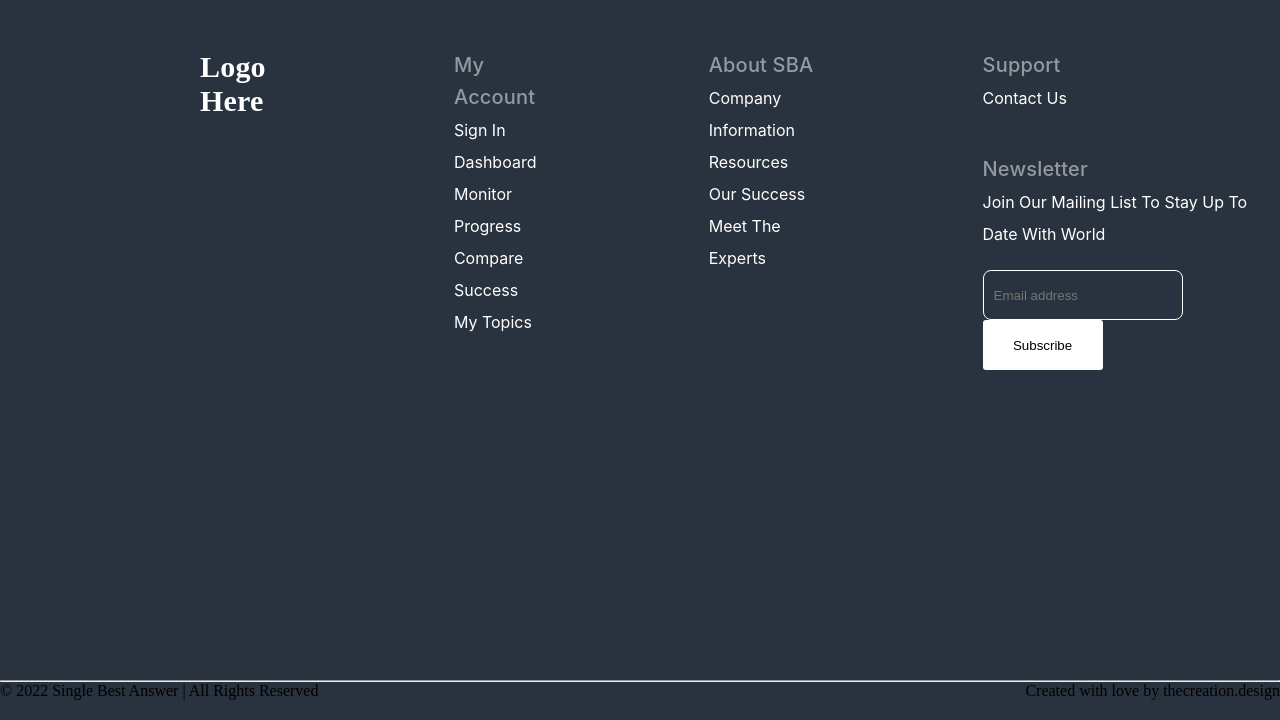
Repository: FaridRustamov09/Final-Task
Page: Pages/connectionPage/index.html
An editor plug-in stored every save of this project. The page is shown before and after a run of saves, followed by the edit.
The browser window is 1280 px wide. The pictures show the whole page.
The style sheet was rebuilt from its Sass, Less or Tailwind sources for each picture, by a compiler version that may differ from the author's.

Above is the page before, as saved 2024-07-14 21:02:31.

After the next 2 saves:
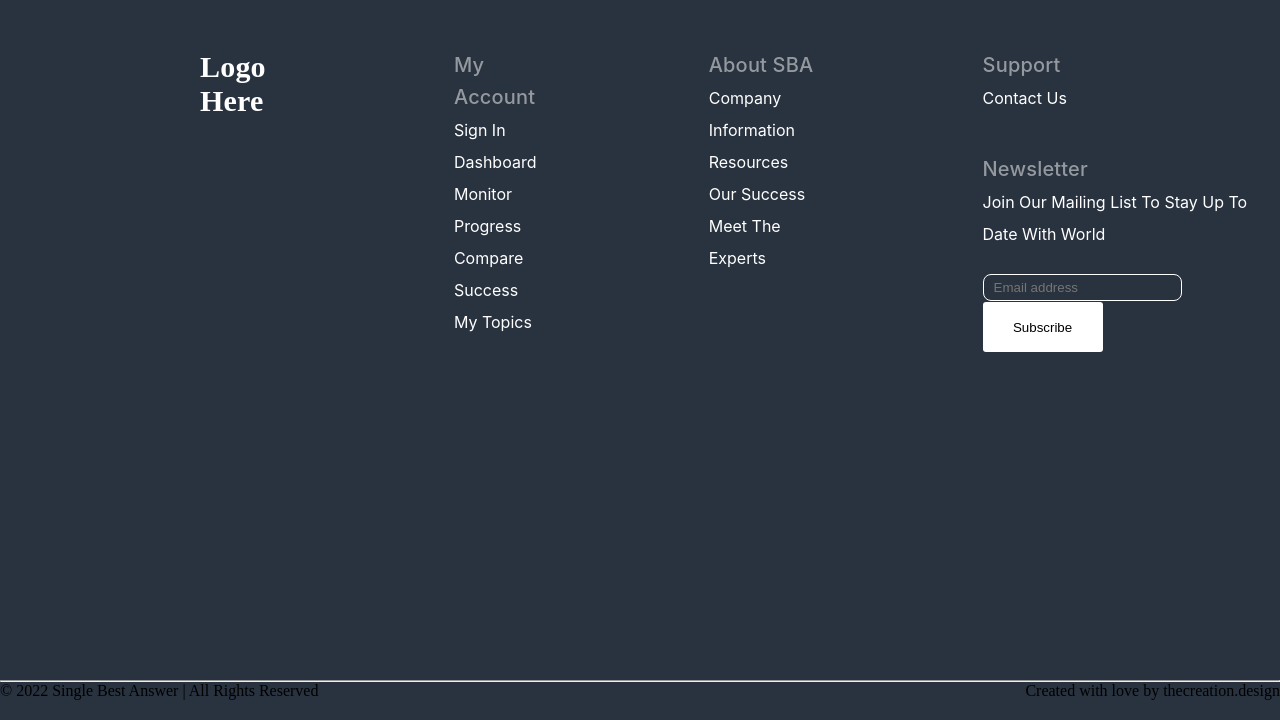
The 2 saves are shown as one change because they came seconds apart.
The last was saved 6 s later.
--- a/Pages/connectionPage/index.scss
+++ b/Pages/connectionPage/index.scss
@@ -64,15 +64,15 @@
       .subscribe {
         margin-top: 20px;
         form{
-
+          width: 200px;
+          height: 50px;
         }
         input {
           outline: none;
           border-radius: 8px;
           border: 1px solid var(--White, #fff);
           background: none;
-          width: 200px;
-          height: 50px;
+
           padding: 5px 10px;
         }
         button {
